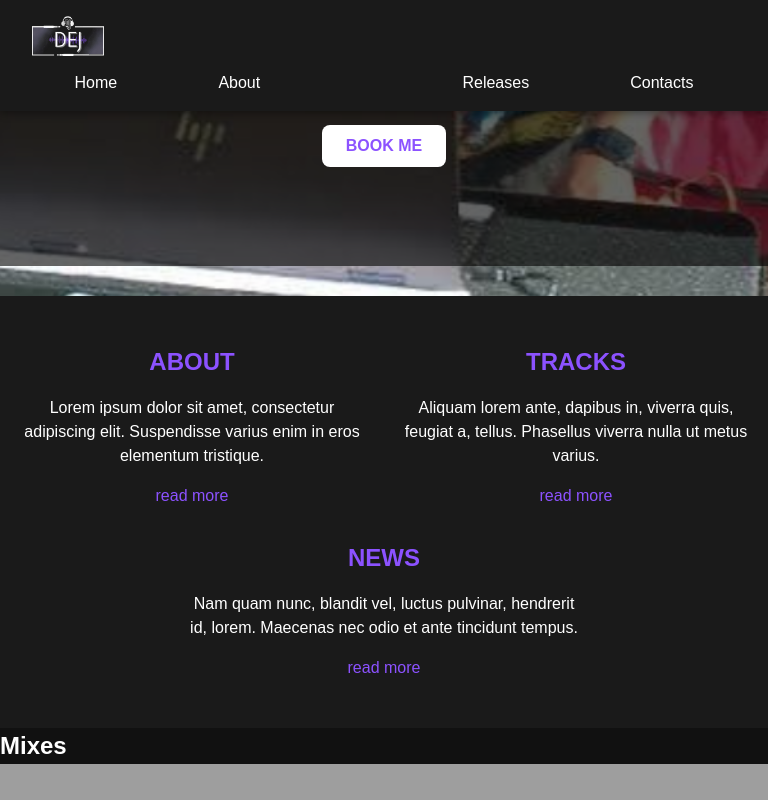
Repository: ErvinClay13/Dj-Dej-Website
Page: /
An editor plug-in stored every save of this project. The page is shown before and after a run of saves, followed by the edit.
The browser window is 768 px wide. The pictures show the whole page.
Pictures or frames that could not be fetched are drawn as grey boxes. An inner scrolling area shows only its first screen. The project was rebuilt for these pictures with package versions that can differ from the ones it lists, and the page was loaded fresh each time. Also part of the build but not shown: vite.config.js.

Above is the page before, as saved 2025-05-09 21:39:47.

### src/App.jsx
// DJ Portfolio - React + Plain CSS Full Layout (Hero + Sections)

import React from "react";
import ReactDOM from "react-dom/client";
import "./App.css";

const App = () => {
  return (
    <div className="main-container">
      {/* Top Navigation */}
      <nav className="navbar">
        <div className="logo">
          <img src="/logo.png" alt="DJ DEJ Logo" className="logo-img" />
        </div>
        <ul className="nav-links">
          <li>
            <a href="#">Home</a>
          </li>
          <li>
            <a href="#">About</a>
          </li>
          <li>
            <a href="#"></a>
          </li>
          <li>
            <a href="#">Releases</a>
          </li>
          <li>
            <a href="#">Contacts</a>
          </li>
        </ul>
      </nav>

      {/* Hero Section */}
      <header className="hero">
        <div className="hero-overlay">
          {/* <h1 className="dj-name">DJ DEJ</h1> */}
          <div className="logo">
            <img src="/logo.png" alt="DJ DEJ Logo" className="logo-img2" />
          </div>
          <div className="hero-buttons">
            <button className="btn light">BOOK ME</button>
          </div>
        </div>
      </header>

      {/* Sections */}
      <section className="info-section">
        <div className="info-block">
          <h2>ABOUT</h2>
          <p>
            Lorem ipsum dolor sit amet, consectetur adipiscing elit. Suspendisse
            varius enim in eros elementum tristique.
          </p>
          <a href="#">read more</a>
        </div>
        <div className="info-block">
          <h2>TRACKS</h2>
          <p>
            Aliquam lorem ante, dapibus in, viverra quis, feugiat a, tellus.
            Phasellus viverra nulla ut metus varius.
          </p>
          <a href="#">read more</a>
        </div>
        <div className="info-block">
          <h2>NEWS</h2>
          <p>
            Nam quam nunc, blandit vel, luctus pulvinar, hendrerit id, lorem.
            Maecenas nec odio et ante tincidunt tempus.
          </p>
          <a href="#">read more</a>
        </div>
      </section>

      <section className="mixes-section">
        <h2 className="mixes-title">Mixes</h2>

        <div className="mixcloud-embed">
          <iframe
            width="100%"
            height="120"
            style={{ border: "none" }}
            allow="autoplay"
            title="Mix 1"
            src="https://www.mixcloud.com/widget/iframe/?feed=%2FApeCode%2Fdj-dej-mix-1%2F&hide_cover=0&light=0"
          ></iframe>
        </div>

        <div className="mixcloud-embed">
          <iframe
            width="100%"
            height="120"
            style={{ border: "none" }}
            allow="autoplay"
            title="Mix 1"
            src="https://www.mixcloud.com/widget/iframe/?feed=%2FApeCode%2Fhouse_juke%2F&hide_cover=0&light=0">
          ></iframe>
        </div>

        <div className="mixcloud-embed">
          <iframe
            width="100%"
            height="120"
            style={{ border: "none" }}
            allow="autoplay"
            title="Mix 1"
            src="https://www.mixcloud.com/widget/iframe/?feed=%2Fdjkmbrk%2Fsample-wedding-mix%2F&hide_cover=0&light=0"
          ></iframe>
        </div>
      </section>
    </div>
  );
};

export default App;

// import React from "react";
// import ReactDOM from "react-dom/client";
// import "./App.css";

// const App = () => {
//   return (
//     <div className="main-container">
//       {/* Top Navigation */}
//       <nav className="navbar">
//         <div className="logo">Dj DEJ</div>
//         <ul className="nav-links">
//           <li><a href="#">Home</a></li>
//           <li><a href="#">About</a></li>
//           <li><a href="#">Blog</a></li>
//           <li><a href="#">Releases</a></li>
//           <li><a href="#">Contacts</a></li>
//         </ul>
//       </nav>

//       {/* Hero Section */}
//       <header className="hero">
//         <div className="hero-overlay">
//           <h1 className="dj-name">DJ DEJ</h1>
//           <p className="tagline">THE BEST PARTY THIS YEAR</p>
//           <p className="date">12 JUNE, 2025</p>
//           <div className="hero-buttons">
//             <button className="btn dark">READ MORE</button>
//             <button className="btn light">JOIN US!</button>
//           </div>
//         </div>
//       </header>

//       {/* Sections */}
//       <section className="info-section">
//         <div className="info-block">
//           <h2>ABOUT</h2>
//           <p>Lorem ipsum dolor sit amet, consectetur adipiscing elit. Suspendisse varius enim in eros elementum tristique.</p>
//           <a href="#">read more</a>
//         </div>
//         <div className="info-block">
//           <h2>TRACKS</h2>
//           <p>Aliquam lorem ante, dapibus in, viverra quis, feugiat a, tellus. Phasellus viverra nulla ut metus varius.</p>
//           <a href="#">read more</a>
//         </div>
//         <div className="info-block">
//           <h2>NEWS</h2>
//           <p>Nam quam nunc, blandit vel, luctus pulvinar, hendrerit id, lorem. Maecenas nec odio et ante tincidunt tempus.</p>
//           <a href="#">read more</a>
//         </div>
//       </section>
//     </div>
//   );
// };

// export default App;

### src/App.css
/* Reset & global styles */
* {
  margin: 0;
  padding: 0;
  box-sizing: border-box;
}

html, body {
  width: 100%;
  height: 100%;
  font-family: 'Arial', sans-serif;
  background-color: #111;
  color: #fff;
  overflow-x: hidden;
}

/* Container */
.main-container {
  width: 100%;
}

/* Navbar - Fixed Top */
.navbar {
  position: fixed;
  top: 0;
  left: 0;
  width: 100%;
  z-index: 1000;
  background-color: #1a1a1a;
  display: flex;
  justify-content: space-between;
  align-items: center;
  padding: 1rem 2rem;
  box-shadow: 0 2px 8px rgba(0, 0, 0, 0.4);
  flex-wrap: wrap;
}

.logo-img {
  height: 40px;
  object-fit: contain;
}

.logo-img2 {
  margin-top: 50px;
  margin-bottom: 20px;
  height: 250px;
  object-fit: contain;

}

.nav-links {
  display: flex;
  flex-wrap: wrap;
  gap: 1rem;
  list-style: none;
}

.nav-links li a {
  color: white;
  text-decoration: none;
  font-weight: 500;
}

.nav-links li a:hover {
  color: #8c52ff;
}

/* Hero Section */
.hero {
  width: 100vw;
  height: 100vh;
  padding-top: 80px; /* Avoid overlap with fixed navbar */
  background: url('/hero.jpg') center/cover no-repeat;
  display: flex;
  align-items: center;
  justify-content: center;
  position: relative;
}

.hero-overlay {
  background: rgba(0, 0, 0, 0.6);
  width: 100%;
  height: 500px;
  padding: 2rem;
  text-align: center;
}

.dj-name {
  font-size: 3rem;
  color: #8c52ff;

}

.tagline {
  font-size: 1.5rem;
  margin: 0.5rem 0;
}

.date {
  font-size: 1rem;
  color: #ccc;
  margin-bottom: 1rem;
}

.hero-buttons {
  display: flex;
  flex-wrap: wrap;
  gap: 1rem;
  justify-content: center;
}

.btn {
  padding: 0.75rem 1.5rem;
  border: none;
  cursor: pointer;
  font-weight: bold;
  font-size: 1rem;
}

.btn.dark {
  background-color: #222;
  color: white;
}

.btn.light {
  /* background-color: #8c52ff; */
  background-color: white;
  color: #8c52ff;
}

.btn.light:hover {
  /* background-color: black; */
  background-color: #8c52ff;
  color: white;
}

/* Info Sections */
.info-section {
  display: flex;
  flex-wrap: wrap;
  justify-content: center;
  padding: 3rem 1rem;
  background-color: #1a1a1a;
  gap: 2rem;
}

.info-block {
  flex: 1 1 300px;
  max-width: 400px;
  text-align: center;
}

.info-block h2 {
  color: #8c52ff;
  margin-bottom: 1rem;
}

.info-block a {
  color: #8c52ff;
  text-decoration: none;
  display: block;
  margin-top: 1rem;
}

.info-block a:hover {
  text-decoration: underline;
}

/* Responsive Tweaks */
@media (max-width: 768px) {
  .dj-name {
    font-size: 2.2rem;
  }

  .tagline {
    font-size: 1.2rem;
  }

  .hero {
    height: 80vh;
  }

  .navbar {
    flex-direction: column;
    align-items: flex-start;
  }

  .nav-links {
    width: 100%;
    justify-content: space-around;
    padding-top: 0.5rem;
  }
}

Loaded but not shown: index.html (common file); src/main.jsx (common file); src/index.css (common file)

After the next 2 saves:
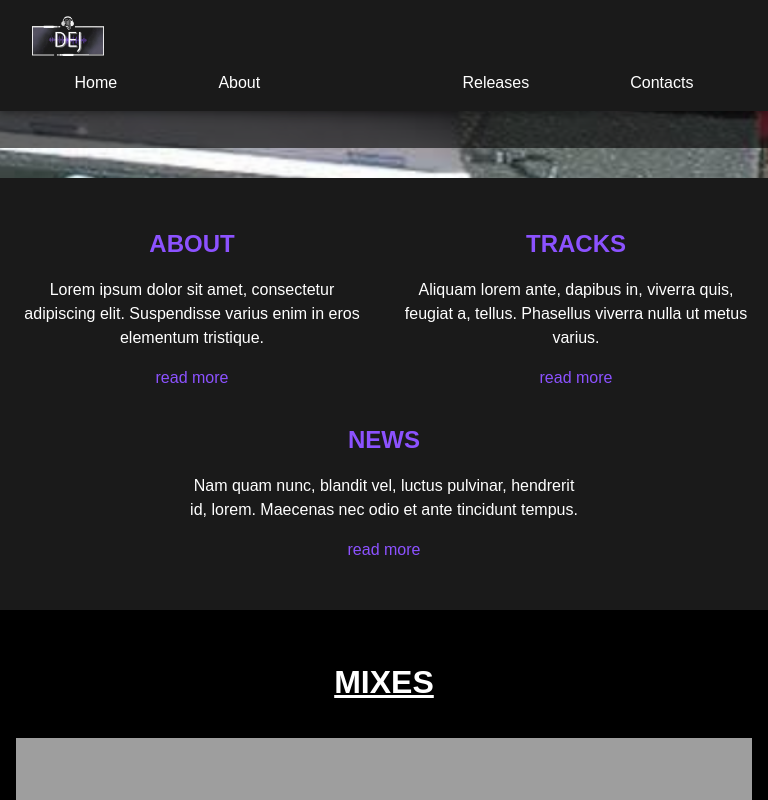
The 2 saves are shown as one change because they came seconds apart.
The last was saved 33 s later.
--- a/src/App.css
+++ b/src/App.css
@@ -190,4 +190,24 @@
     justify-content: space-around;
     padding-top: 0.5rem;
   }
-}
+
+  .mixes-section {
+    background-color: #000;
+    padding: 3rem 1rem;
+    text-align: center;
+  }
+
+  .mixes-title {
+    color: #fff;
+    font-size: 2rem;
+    margin-bottom: 2rem;
+    text-transform: uppercase;
+    text-decoration: underline;
+  }
+
+  .mixcloud-embed {
+    max-width: 800px;
+    margin: 2rem auto;
+  }
+
+}
